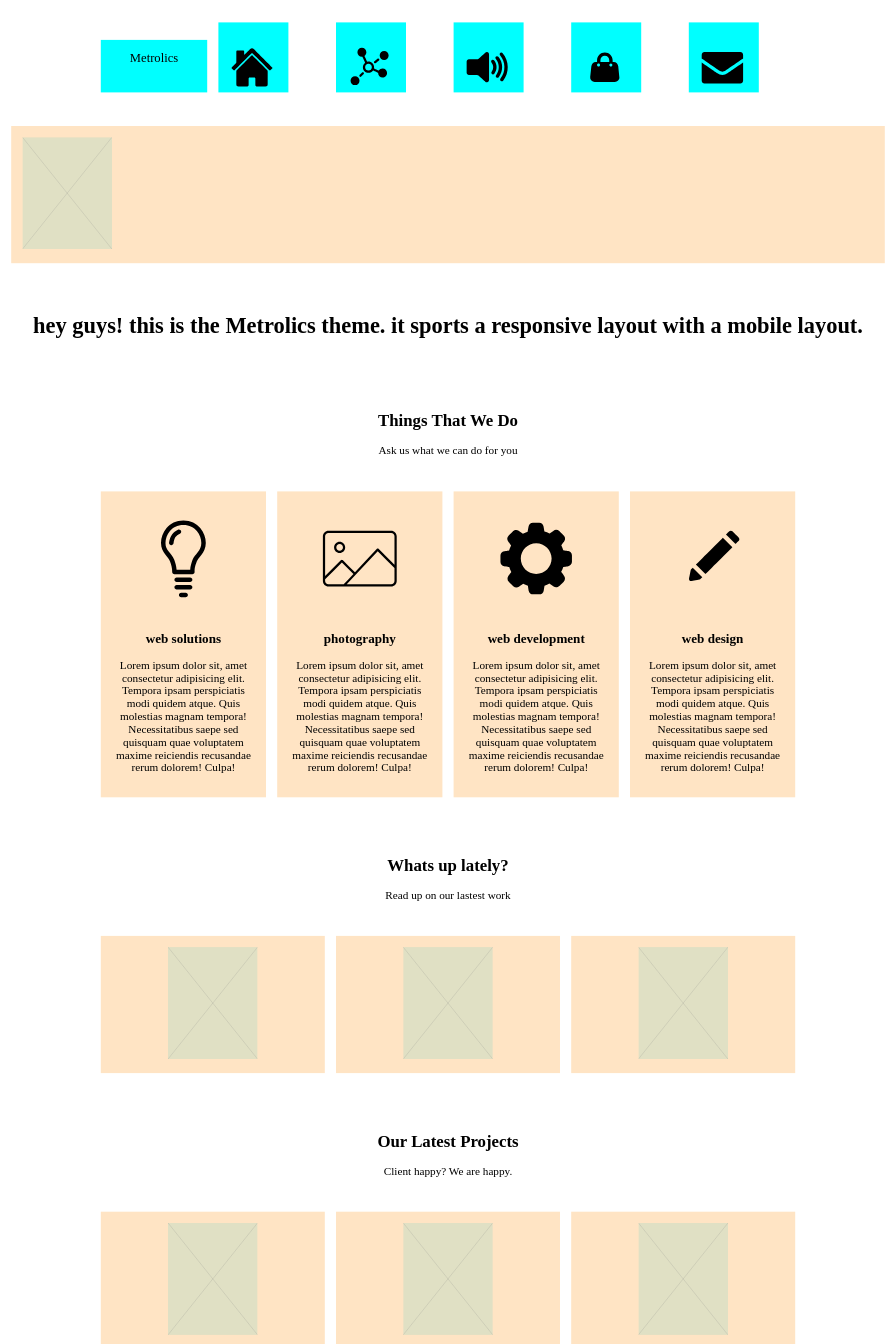
Repository: jjennbui/MDIA2003G-Assignment03B
Page: index.html
These files come from the project's save history. The page is drawn as it stood at one moment and after the next save; the edit follows.
The browser window is 1280 px wide. The pictures show the part of the page from y = 0 to 1920 px (the page is 2623 px tall), at 70% of full size.

Above is the page before, as saved 2023-01-30 23:07:49.

### index.html
<!doctype html>
<html class="no-js" lang="">

<head>
  <meta charset="utf-8">
  <title></title>
  <meta name="description" content="">
  <meta name="viewport" content="width=device-width, initial-scale=1">

  <meta property="og:title" content="">
  <meta property="og:type" content="">
  <meta property="og:url" content="">
  <meta property="og:image" content="">

  <link rel="manifest" href="site.webmanifest">
  <link rel="apple-touch-icon" href="icon.png">
  <!-- Place favicon.ico in the root directory -->

  <link rel="stylesheet" href="css/normalize.css">
  <link rel="stylesheet" href="css/main.css">

  <meta name="theme-color" content="#fafafa">
</head>

<body>

  <div class="menu">

    <div class="row tabs">
      <div class="Metrolics">Metrolics</div>

      <div class="navicon"> <img src="img/house-solid.svg"  >
      <p>Home</p> </div>
      <div class="navicon"> <img src="img/network-solid.svg">
      <p>Pages</p></div>
      <div class="navicon"><img src="img/volume-3-solid.svg">
      <p>Blog</p></div>
      <div class="navicon"> <img src="img/handbag-solid.svg">
      <p>Porfolio</p></div>
      <div class="navicon"> <img src="img/envelope-solid.svg">
      <p>Home</p> </div>
    </div>
    <div class="hamburger">
    <img src="img/three-bars-solid.svg">
    </div>
  </div>

  <div class="main-image">
    <div class="col">
      <img src="img/placeholder (1).svg">
    </div>
  </div>

  <div class="SECTION-ONE">
    <div class="text">
      <h1>hey guys! this is the Metrolics theme. it sports a responsive layout with a mobile layout.</h1>
    </div>
  </div>

  <div class="SECTION-TWO">

    <div class="text">
    <h2>Things That We Do</h2>
    <p>Ask us what we can do for you</p>
    </div>

    <div class="row m-row-2">
      <div class="col">
        <img src="img/fi-xnsuxl-bulb.svg" >
        <h3>web solutions</h3>
        <p>Lorem ipsum dolor sit, amet consectetur adipisicing elit. Tempora ipsam perspiciatis modi quidem atque. Quis
          molestias magnam tempora! Necessitatibus saepe sed quisquam quae voluptatem maxime reiciendis recusandae rerum
          dolorem! Culpa!</p>
      </div>
      <div class="col">
        <img src="img/fi-xtluxl-image-thin.svg">
        <h3>photography</h3>
        <p>Lorem ipsum dolor sit, amet consectetur adipisicing elit. Tempora ipsam perspiciatis modi quidem atque. Quis
          molestias magnam tempora! Necessitatibus saepe sed quisquam quae voluptatem maxime reiciendis recusandae rerum
          dolorem! Culpa!</p>
      </div>
      <div class="col">
        <img src="img/fi-xnsuxl-setting-solid.svg">
        <h3>web development</h3>
        <p>Lorem ipsum dolor sit, amet consectetur adipisicing elit. Tempora ipsam perspiciatis modi quidem atque. Quis
          molestias magnam tempora! Necessitatibus saepe sed quisquam quae voluptatem maxime reiciendis recusandae rerum
          dolorem! Culpa!</p>
      </div>
      <div class="col">
        <img src="img/fi-xwsuxl-pen.svg">
        <h3>web design</h3>
        <p>Lorem ipsum dolor sit, amet consectetur adipisicing elit. Tempora ipsam perspiciatis modi quidem atque. Quis
          molestias magnam tempora! Necessitatibus saepe sed quisquam quae voluptatem maxime reiciendis recusandae rerum
          dolorem! Culpa!</p>
      </div>
    </div>
  </div>

  <div class="SECTION-THREE">
    <div class="text">
      <h2>Whats up lately?</h2>
      <p>Read up on our lastest work</p>
    </div>
    <div class="row m-row-3">
      <div class="col m-row-span">
        <img src="img/placeholder (1).svg">
      </div>
      <div class="col">
        <img src="img/placeholder (1).svg">
      </div>
      <div class="col">
        <img src="img/placeholder (1).svg">
      </div>
      <div class="column">
        <img src="img/placeholder (1).svg">
      </div>
    </div>
  </div>

  <div class="SECTION-FOUR">
    <div class="text">
      <h2>Our Latest Projects</h2>
      <p>Client happy? We are happy.</p>
    </div>
    <div class="row m-row-4">
      <div class="col m-row-span">
        <img src="img/placeholder (1).svg">
      </div>
      <div class="col">
        <img src="img/placeholder (1).svg">
      </div>
      <div class="col">
        <img src="img/placeholder (1).svg">
      </div>
      <div class="col">
        <img src="img/placeholder (1).svg">
      </div>
      <div class="col">
        <img src="img/placeholder (1).svg">
      </div>
      <div class="col">
        <img src="img/placeholder (1).svg">
      </div>
    </div>
  </div>




  <div class="footer">
    <div class="text">
      <H1>FOOTER</H1>
    </div>
    <div class="row m-row-7">
    <div class="col">
      <H1>GRID</H1>
      <img src="img/placeholder (1).svg" alt="placeholder">
    </div>
    <div class="col">
      <H1>GRID</H1>
      <img src="img/placeholder (1).svg" alt="placeholder">
    </div>
    <div class="col2">
      <H1>GRID</H1>
      <img src="img/placeholder (1).svg" alt="placeholder">
    </div>
    <div class="col2">
      <H1>GRID</H1>
      <img src="img/placeholder (1).svg" alt="placeholder">
    </div>
  </div>
  </div>





</body>

</html>

### css/main.css
*,
*:before,
*:after {
  box-sizing: border-box;
}

img {
  width: 100%;

}




div,
main,
section,
footer,
main,
header {

  min-height: 1rem;
  padding: 1rem;


}


.navicon{
  position: relative;
  max-width: 100px;
  height: 100px;
  background-color: aqua;


}

.Metrolics{
  position: relative;
  margin-top: 25px;
  font-size: large;
  background-color: aqua;
}

.row {
  display: grid;
  row-gap: 1rem;

}

.col {
  position: relative;
  background-color: bisque;
}

.col2 {
  position: relative;
  background-color: bisque;
}

.column {
  background-color: bisque;
}

.tab {
  background-color: beige;
}

.text {
  text-align: center;
}

img {
  width: 8rem;
  height: 10rem;
}

.footer {
  background-color: aquamarine;
}

.hamburger {
  text-align: end;
}

.row {
  margin-left: 7rem;
  margin-right: 7rem;

  column-gap: 1rem;
  row-gap: 1rem;
  text-align: center;
}

/* Small only */
@media screen and (max-width: 39.9375em) {
  .tab {
    display: none;
  }

  .SECTION-FIVE {
    display: none;
  }

  .section-six {
    display: none;
  }

  .main-image {
    display: none;
  }

  .m-row-6 {
    grid-template-columns: repeat(3, 1fr);
  }

  .m-row-7 {
    grid-template-columns: repeat(1, 1fr);
  }

  img {
    width: 4rem;
    height: 8rem;
  }

  .col2 {
    display: none;
  }

  .tabs {
    display: none;
  }
}

/* Medium and up */
@media screen and (min-width: 40em) and (max-width: 55.9375em) {

  .m-row-2 {
    grid-template-columns: 1fr 1fr;
  }

  .m-row-3 {
    grid-template-columns: repeat(2, 1fr);
  }

  .m-row-4 {
    grid-template-columns: repeat(2, 1fr);
  }

  .hamburger {
    display: none;
  }

  .m-row-6 {
    grid-template-columns: repeat(1, 1fr);
  }

  .col2 {
    display: none;
  }

  .m-row-7 {
    grid-template-columns: repeat(1, 1fr);
  }

  .tabs {
    grid-template-columns: repeat(6, 1fr);
  }
}

/*Medium Only*/
@media screen and (min-width: 56em) and (max-width: 63.9375em) {
  .m-row-6 {
    grid-template-columns: repeat(5, 1fr);
  }

  .m-row-7 {
    grid-template-columns: repeat(2, 1fr);
  }

  .hamburger {
    display: none;
  }

  .tabs {
    grid-template-columns: repeat(6, 1fr);
  }

  .m-row-2{
    grid-template-columns: repeat(2, 1fr);
  }

  .m-row-3{
    grid-template-columns: repeat(2, 1fr);
  }

  .m-row-4 {
    grid-template-columns: repeat(2, 1fr);
  }
}

/* Large and up */
@media screen and (min-width: 64em) {
  .m-row-2 {
    grid-template-columns: repeat(4, 1fr);
  }

  .m-row-3 {
    grid-template-columns: 1fr 1fr 1fr;
  }

  .m-row-4 {
    grid-template-columns: repeat(3, 1fr);
  }

  .column {
    display: none;
  }

  .m-row-5 {
    grid-template-columns: repeat(2, 1fr);
  }

  .m-row-6 {
    grid-template-columns: repeat(5, 1fr);
  }

  .m-row-7 {
    grid-template-columns: repeat(4, 1fr);
  }

  .hamburger {
    display: none;
  }

  .tabs {
    grid-template-columns: repeat(6, 1fr);
  }



  /* Large only */
  @media screen and (min-width: 64em) and (max-width: 74.9375em) {}
}

### img/house-solid.svg
<?xml version="1.0" encoding="UTF-8" standalone="no"?>
<svg
    role="img"
    xmlns="http://www.w3.org/2000/svg"
    width="1000mm"
    height="1000mm"
    viewBox="0 0 2000 2000"
    style="max-width:1.6em; height: auto;">

    <path
        id="path"
        style="opacity:1;vector-effect:none;fill:#000000;fill-opacity:1;"
        d=" M 500 75C 514 75 528 82 540 94C 540 94 950 504 950 504C 960 514 960 519 950 529C 950 529 915 564 915 564C 905 574 895 574 885 564C 885 564 515 194 515 194C 505 184 495 184 485 194C 485 194 115 564 115 564C 105 574 95 574 85 564C 85 564 50 529 50 529C 40 519 40 514 50 504C 50 504 135 419 135 419C 145 409 150 399 150 389C 150 389 150 267 150 267C 150 267 150 154 150 154C 150 139 160 129 175 129C 175 129 300 129 300 129C 315 129 326 139 325 154C 325 154 325 229 325 229C 325 229 460 94 460 94C 472 82 486 75 500 75C 500 75 500 75 500 75M 500 236C 505 236 510 239 515 244C 515 244 835 564 835 564C 845 574 850 579 850 594C 850 594 850 879 850 879C 850 914 835 929 800 929C 800 929 600 929 600 929C 590 929 575 914 575 904C 575 904 575 754 575 754C 575 739 565 729 550 729C 550 729 450 729 450 729C 435 729 425 739 425 754C 425 754 425 904 425 904C 425 914 410 929 400 929C 400 929 200 929 200 929C 165 929 150 914 150 879C 150 879 150 594 150 594C 150 579 155 574 165 564C 165 564 485 244 485 244C 490 239 495 236 500 236C 500 236 500 236 500 236"
        transform="2.5">
    </path>
</svg>

### img/network-solid.svg
<?xml version="1.0" encoding="UTF-8" standalone="no"?>
<svg
    role="img"
    xmlns="http://www.w3.org/2000/svg"
    width="1000mm"
    height="1000mm"
    viewBox="0 0 2000 2000"
    style="max-width:1.6em; height: auto;">

    <path
        id="path"
        style="opacity:1;vector-effect:none;fill:#000000;fill-opacity:1;"
        d=" M 428 168C 428 202 411 232 386 250C 386 250 446 378 446 378C 455 376 465 375 475 375C 544 375 600 431 600 500C 600 509 599 518 597 527C 597 527 705 574 705 574C 723 547 754 528 790 528C 844 528 890 573 890 628C 890 683 844 728 790 728C 735 728 690 683 690 628C 690 626 690 624 690 622C 690 622 577 572 577 572C 554 604 517 625 475 625C 406 625 350 569 350 500C 350 459 370 423 401 400C 401 400 339 268 339 268C 335 268 331 268 328 268C 273 268 228 223 228 168C 228 114 273 68 328 68C 383 68 428 114 428 168C 428 168 428 168 428 168M 925 240C 925 295 880 340 825 340C 770 340 725 295 725 240C 725 186 770 140 825 140C 880 140 925 186 925 240C 925 240 925 240 925 240M 717 322C 720 332 717 344 709 351C 709 351 639 408 639 408C 628 417 612 415 603 405C 594 394 596 378 607 369C 607 369 677 312 677 312C 681 308 687 306 692 306C 693 306 693 306 693 306C 704 306 713 313 717 322C 717 322 717 322 717 322M 400 500C 400 542 433 575 475 575C 517 575 550 542 550 500C 550 458 517 425 475 425C 433 425 400 458 400 500C 400 500 400 500 400 500M 373 626C 377 635 375 646 368 653C 368 653 313 709 313 709C 303 719 287 719 277 709C 267 699 267 683 277 673C 277 673 332 618 332 618C 337 613 343 611 350 611C 350 611 350 611 351 611C 361 611 370 617 373 626C 373 626 373 626 373 626M 275 800C 275 855 230 900 175 900C 120 900 75 855 75 800C 75 745 120 700 175 700C 230 700 275 745 275 800C 275 800 275 800 275 800"
        transform="">
    </path>
</svg>

### img/volume-3-solid.svg
<?xml version="1.0" encoding="UTF-8" standalone="no"?>
<svg
    role="img"
    xmlns="http://www.w3.org/2000/svg"
    width="1000mm"
    height="1000mm"
  viewBox="0 0 2000 2000"
    style="max-width:1.6em; height: auto;">

    <path
        id="path"
        style="opacity:1;vector-effect:none;fill:#000000;fill-opacity:1;"
        d=" M 624 333C 635 333 646 338 653 347C 726 433 728 558 659 646C 651 657 637 663 624 661C 611 659 599 650 594 637C 589 625 591 611 600 600C 647 539 646 454 596 395C 586 384 584 369 590 355C 596 342 609 334 624 333C 624 333 624 333 624 333M 719 253C 731 253 742 258 749 267C 859 398 863 588 757 723C 749 734 736 739 722 738C 709 736 698 727 693 714C 688 702 690 688 698 677C 782 570 779 419 692 315C 682 304 680 288 686 275C 692 262 705 253 719 253C 719 253 719 253 719 253M 815 172C 827 172 837 177 845 186C 993 362 998 619 856 800C 848 811 834 816 821 815C 808 813 796 804 791 791C 786 779 788 765 797 754C 917 600 913 384 787 234C 778 223 775 208 781 195C 787 181 801 173 815 172C 815 172 815 172 815 172M 491 162C 498 162 505 164 511 167C 529 175 541 193 541 212C 541 212 541 788 541 788C 541 807 529 825 511 833C 493 841 472 838 457 825C 457 825 305 688 305 688C 296 680 284 675 272 675C 272 675 91 675 91 675C 78 675 65 670 56 660C 46 651 41 638 41 625C 41 625 41 375 41 375C 41 362 46 349 56 340C 65 330 78 325 91 325C 91 325 272 325 272 325C 284 325 296 320 305 312C 305 312 457 175 457 175C 467 167 479 162 491 162C 491 162 491 162 491 162"
        transform="">
    </path>
</svg>

### img/handbag-solid.svg
<?xml version="1.0" encoding="UTF-8" standalone="no"?>
<svg
    role="img"
    xmlns="http://www.w3.org/2000/svg"
    width="1000mm"
    height="1000mm"
    viewBox="0 0 2000 2000"
    style="max-width:1.6em; height: auto;">

    <path
        id="path"
        style="opacity:1;vector-effect:none;fill:#000000;fill-opacity:1;"
        d=" M 636 415C 617 415 601 431 601 450C 601 469 617 484 636 484C 655 484 670 469 670 450C 670 431 655 415 636 415C 636 415 636 415 636 415M 361 415C 341 415 326 430 326 449C 326 468 341 484 361 484C 380 484 395 468 395 449C 395 430 380 415 361 415C 361 415 361 415 361 415M 500 246C 445 246 402 290 402 344C 402 344 402 382 402 382C 402 382 600 382 600 382C 600 382 600 343 600 343C 600 289 555 245 500 246C 500 246 500 246 500 246M 500 171C 595 170 675 247 675 343C 675 343 675 382 675 382C 675 382 700 382 700 382C 755 382 795 428 800 480C 800 480 825 727 825 727C 830 785 780 829 725 829C 725 829 275 829 275 829C 220 829 169 785 175 727C 175 727 200 480 200 480C 205 428 245 382 300 382C 300 382 327 382 327 382C 327 382 327 344 327 344C 327 344 327 344 327 344C 327 249 405 171 500 171C 500 171 500 171 500 171"
        transform="">
    </path>
</svg>

### img/envelope-solid.svg
<?xml version="1.0" encoding="UTF-8" standalone="no"?>
<svg
    role="img"
    xmlns="http://www.w3.org/2000/svg"

    viewBox="0 0 2000 2000"
    style="max-width:1.6em; height: auto;">

    <path
        id="path"
        style="opacity:1;vector-effect:none;fill:#000000;fill-opacity:1;"
        d=" M 900 163C 934 163 962 191 962 225C 962 225 962 305 962 305C 962 305 579 569 579 569C 545 592 521 600 500 600C 479 600 455 592 421 569C 421 569 38 305 38 305C 38 305 38 225 38 225C 38 191 66 163 100 163C 100 163 900 163 900 163M 379 631C 379 631 379 631 379 631C 420 658 459 675 500 675C 541 675 580 658 621 631C 621 631 621 631 621 631C 621 631 962 396 962 396C 962 396 962 800 962 800C 962 834 934 862 900 862C 900 862 100 862 100 862C 66 862 38 834 38 800C 38 800 38 396 38 396C 38 396 379 631 379 631"
        transform="">
    </path>
</svg>

### img/fi-xnsuxl-bulb.svg
<?xml version="1.0" encoding="UTF-8" standalone="no"?>
<svg
    role="img"
    xmlns="http://www.w3.org/2000/svg"
    width="1000mm"
    height="1000mm"
    viewBox="0 0 1000 1000"
    style="max-width:1.6em; height: auto;">

    <path
        id="path"
        style="opacity:1;vector-effect:none;fill:#000000;fill-opacity:1;"
        d=" M 688 159C 729 207 750 269 750 325C 750 382 726 424 702 457C 678 489 655 514 649 533C 630 588 625 602 625 650C 625 664 614 675 600 675C 600 675 400 675 400 675C 386 675 375 664 375 650C 375 604 365 573 351 533C 342 504 319 482 296 451C 273 421 250 381 250 325C 250 269 271 207 312 159C 354 110 418 75 500 75C 582 75 646 110 688 159C 688 159 688 159 688 159M 350 191C 317 230 300 281 300 325C 300 369 315 394 336 421C 356 448 384 475 399 517C 410 551 421 584 424 625C 424 625 576 625 576 625C 578 588 586 563 601 517C 614 481 641 456 662 427C 683 398 700 368 700 325C 700 281 683 230 650 191C 616 152 568 125 500 125C 432 125 384 152 350 191C 350 191 350 191 350 191M 475 194C 477 206 472 217 461 222C 415 245 399 263 390 329C 388 342 375 352 361 350C 348 348 338 335 340 321C 351 247 385 205 439 178C 442 176 446 175 450 175C 462 175 472 183 475 194C 475 194 475 194 475 194M 575 710C 589 710 600 721 600 735C 600 749 589 760 575 760C 575 760 425 760 425 760C 411 760 400 749 400 735C 400 721 411 710 425 710C 425 710 575 710 575 710M 575 795C 589 795 600 806 600 820C 600 834 589 845 575 845C 575 845 425 845 425 845C 411 845 400 834 400 820C 400 806 411 795 425 795C 425 795 575 795 575 795M 525 880C 539 880 550 891 550 905C 550 919 539 930 525 930C 507 930 491 930 475 930C 461 930 450 919 450 905C 450 891 461 880 475 880C 491 880 507 880 525 880C 525 880 525 880 525 880"
        transform="">
    </path>
</svg>

Loaded but not shown: css/normalize.css (library)

After the next save:
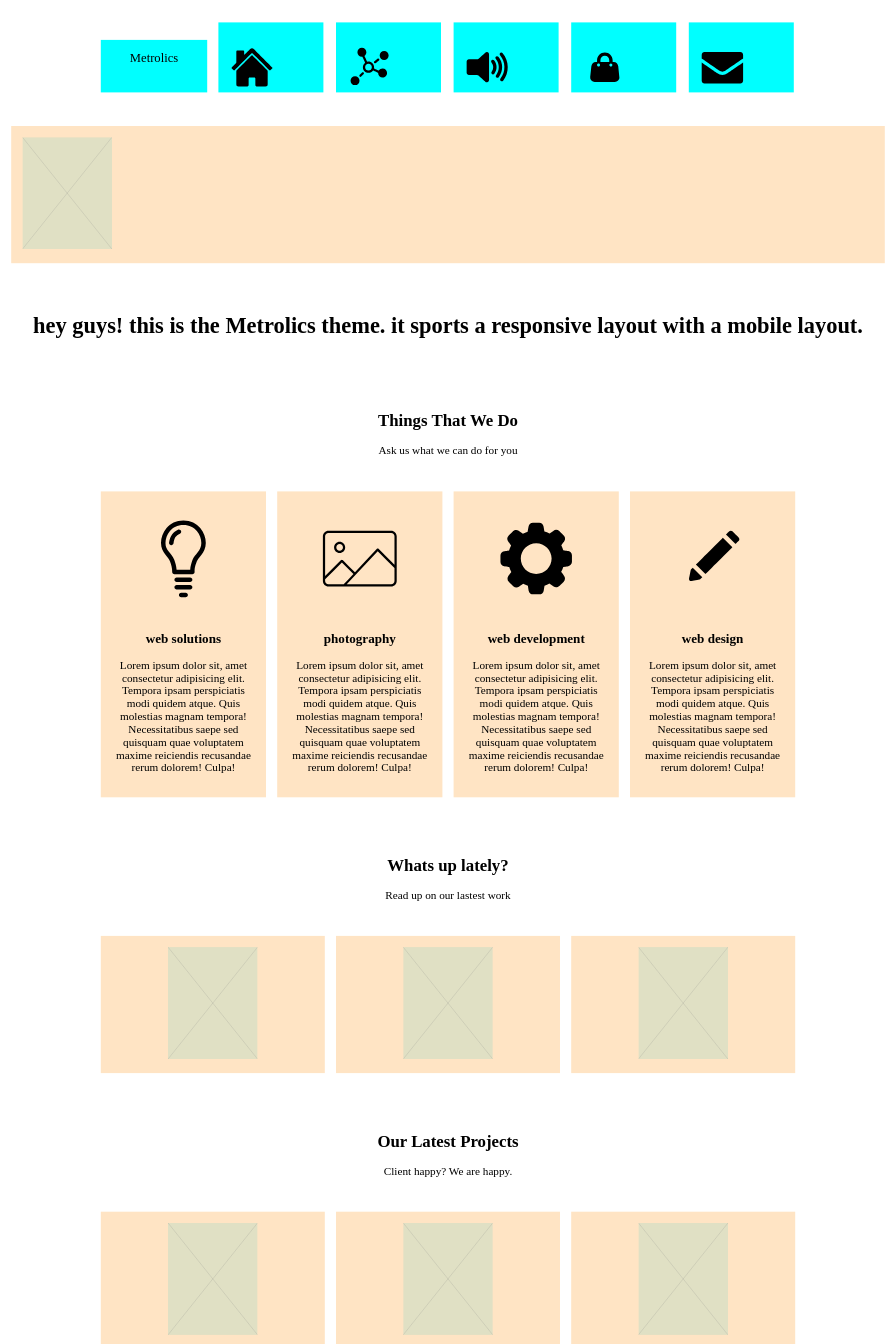
Saved 42 s later.
--- a/css/main.css
+++ b/css/main.css
@@ -28,7 +28,7 @@ header {
 
 .navicon{
   position: relative;
-  max-width: 100px;
+  max-width: 150px;
   height: 100px;
   background-color: aqua;
 
